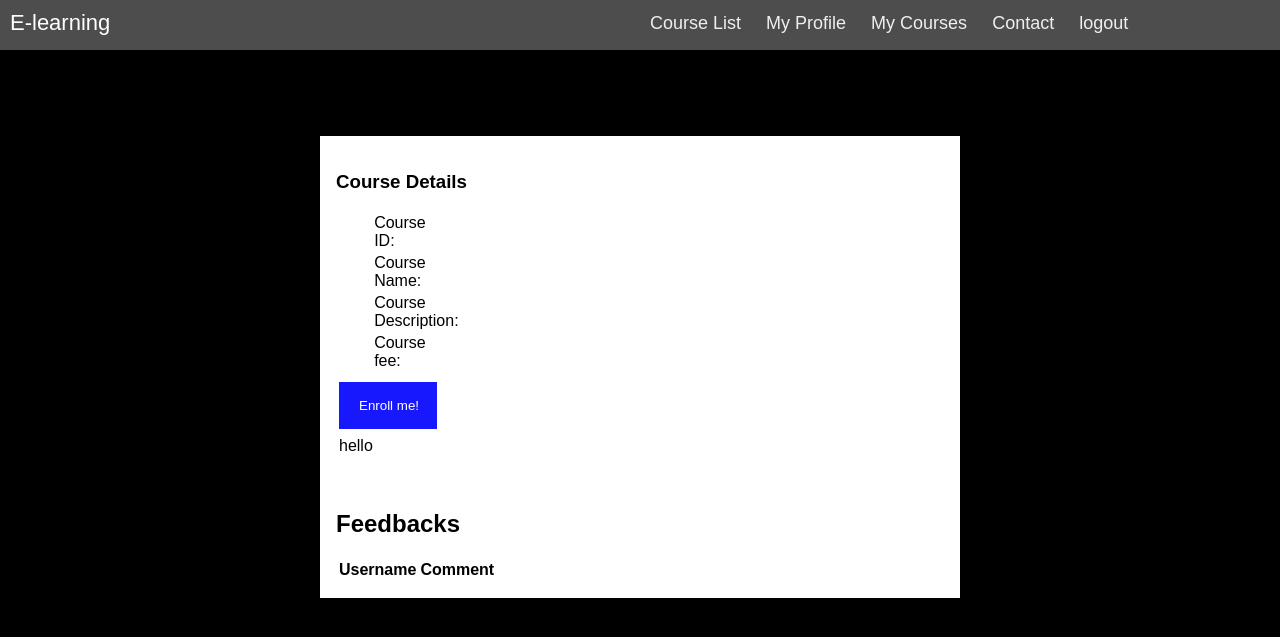
Repository: hemanthchallacs/learning_spring_boot
Page: http://localhost/courseDetails
These files come from the project's save history. The page is drawn as it stood at one moment and after the next save; the edit follows.
The browser window is 1280 px wide. The pictures show the whole page.
The page is this project's Thymeleaf template; nobody is signed in. The template is opened directly, without the code that normally fills it, so the values that code supplies are empty.

Above is the page before, as saved 2021-07-13 07:38:32.

After the next save:
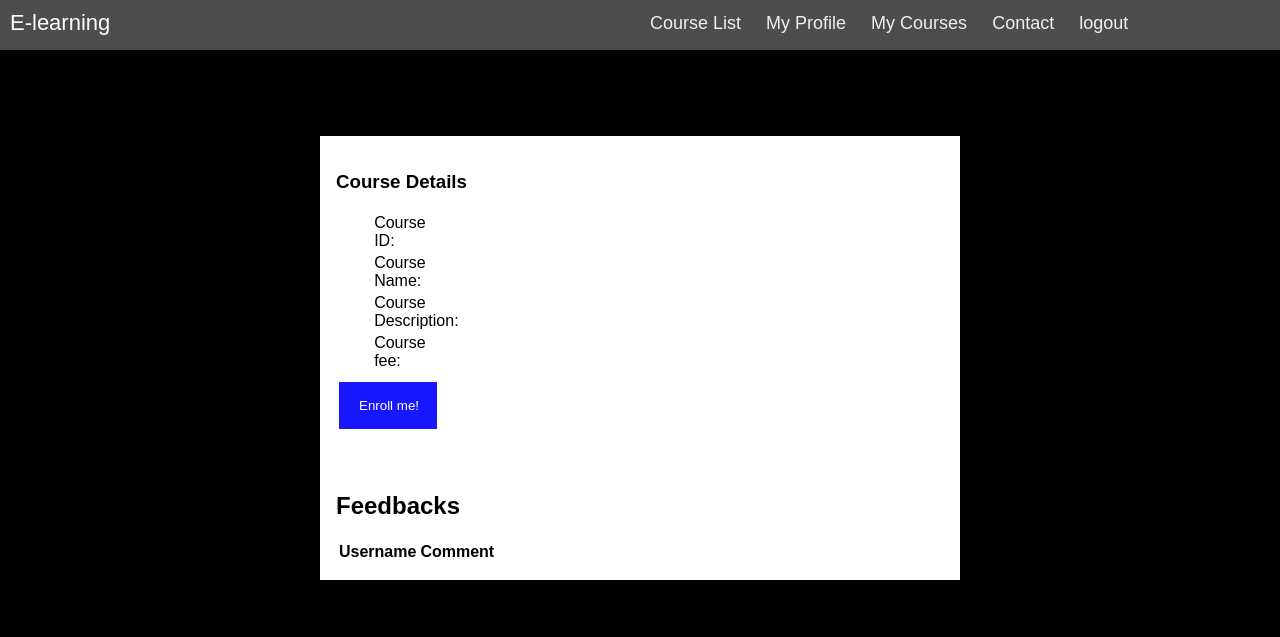
Saved 16 s later.
--- a/ver1_elearning/src/main/resources/templates/courseDetails.html
+++ b/ver1_elearning/src/main/resources/templates/courseDetails.html
@@ -283,7 +283,7 @@ a {
 		<form  th:action="@{/course/enroll/__${course.course_id}__/enrolled}" method = "post">
 		<input class= "enrollme" type="submit" value = "Enroll me!">
 		</form>
-		hello
+
 	</td>
 	</tr>
 </table>
